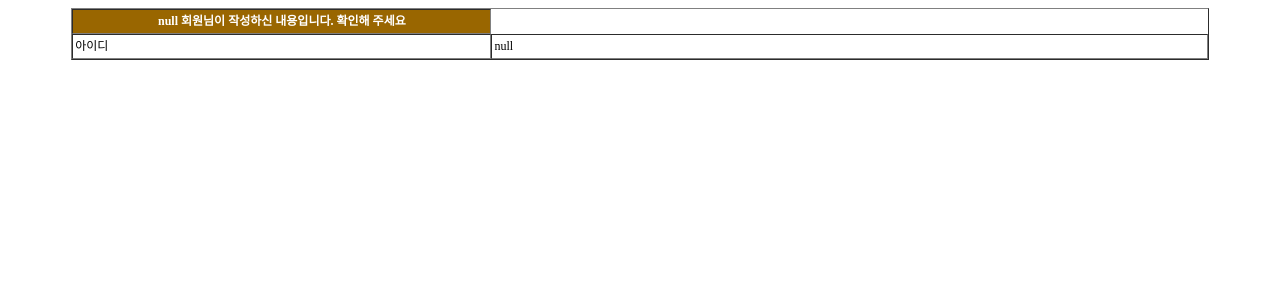
Repository: kimwoongasd/JSPAndServlet
Page: http://localhost/day1226/memberProc.jsp
An editor plug-in stored every save of this project. The page is shown before and after the next save, followed by the edit.
The browser window is 1280 px wide. The pictures show the whole page.
The page is served by Tomcat 9.

Above is the page before, as saved 2023-12-26 02:06:46.

After the next save:
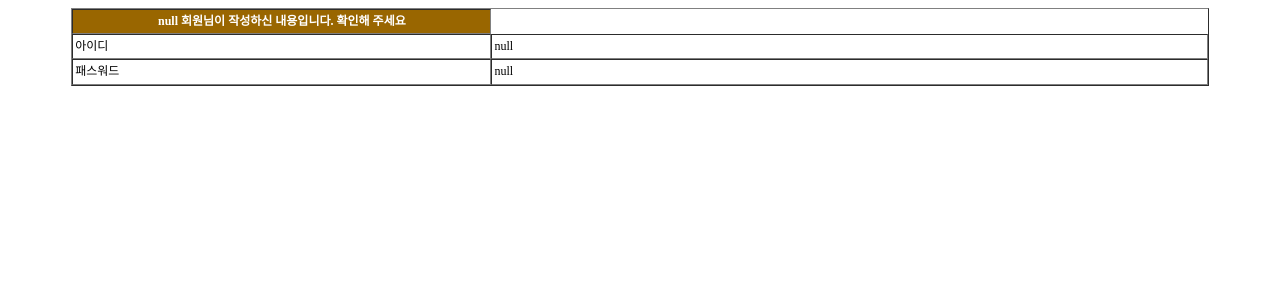
Saved 53 s later.
--- a/day1226/src/main/webapp/memberProc.jsp
+++ b/day1226/src/main/webapp/memberProc.jsp
@@ -38,6 +38,13 @@
 							<jsp:getProperty property="id" name="regBean"/>
 						</td>
 					</tr>
+
+					<tr>
+						<td>패스워드</td>
+						<td width=41%>
+							<jsp:getProperty property="pwd" name="regBean"/>
+						</td>
+					</tr>
 				</form>
 			</table>
 		</tr>
